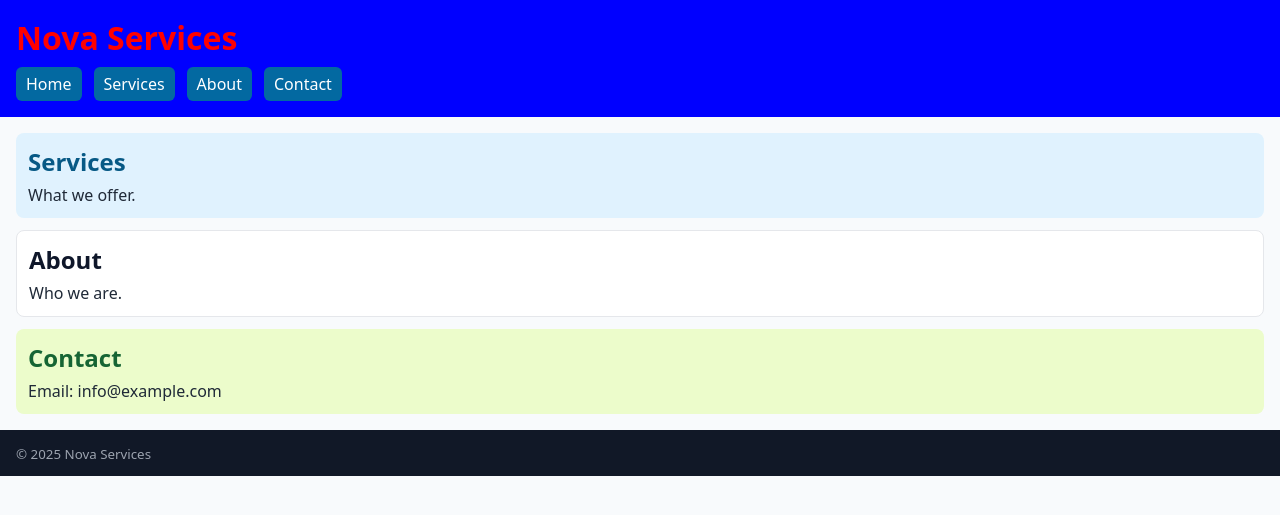
Repository: bbazimya/Nova-services
Page: index.html
An editor plug-in stored every save of this project. The page is shown before and after a run of saves, followed by the edit.
The browser window is 1280 px wide. The pictures show the whole page.

Above is the page before, as saved 2025-09-10 13:02:38.

After the next 2 saves:
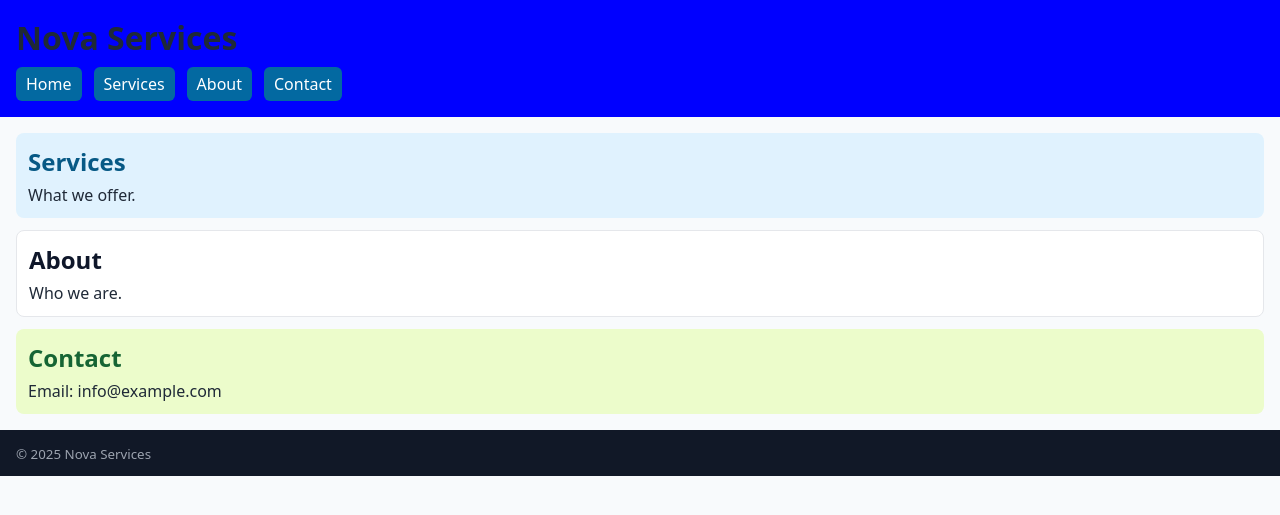
The 2 saves are shown as one change because they came seconds apart.
The last was saved 48 s later.
--- a/styles.css
+++ b/styles.css
@@ -1,5 +1,5 @@
 body{margin:0;font-family:system-ui,Arial,sans-serif;color:#1f2937;background:#f8fafc;}
-header{background:blue;color:red;padding:16px;}
+header{background:blue;color:re;padding:16px;}
 header h1{margin:0;}
 nav{margin-top:8px;display:flex;gap:12px;flex-wrap:wrap;}
 nav a{color:#fff;background:#0369a1;padding:6px 10px;border-radius:6px;text-decoration:none;}

After the save that followed:
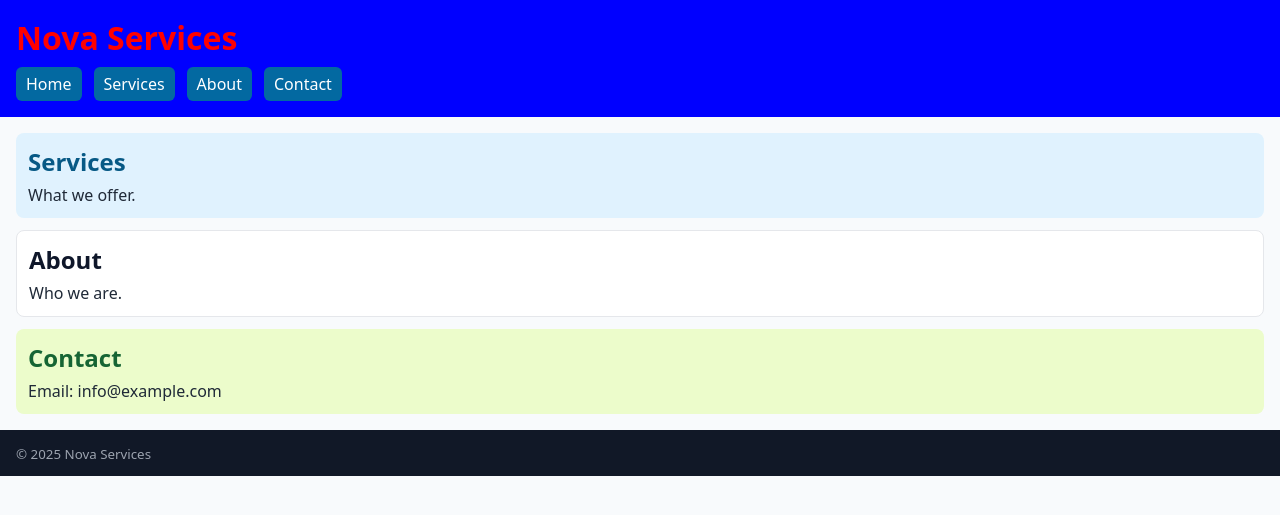
Saved 9 s later.
--- a/styles.css
+++ b/styles.css
@@ -1,5 +1,5 @@
 body{margin:0;font-family:system-ui,Arial,sans-serif;color:#1f2937;background:#f8fafc;}
-header{background:blue;color:re;padding:16px;}
+header{background:blue;color:red;padding:16px;}
 header h1{margin:0;}
 nav{margin-top:8px;display:flex;gap:12px;flex-wrap:wrap;}
 nav a{color:#fff;background:#0369a1;padding:6px 10px;border-radius:6px;text-decoration:none;}
